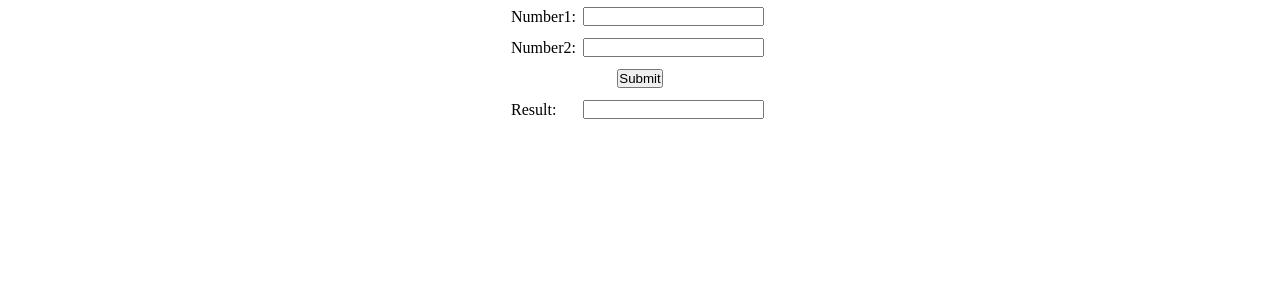
Repository: Nanda-Hari-Reddy/YouTube-Clone
Page: http://localhost/Demo/
These files come from the project's save history. The page is drawn as it stood at one moment and after the next save; the edit follows.
The browser window is 1280 px wide. The pictures show the whole page.
The page is served by Tomcat 9. Nobody is signed in. The application's start-up code is not run. Other server files are loaded and not shown.

Above is the page before, as saved 2023-11-02 06:27:05.

### MDB-Free_4.20.0/SERVELETS/Demo/src/main/webapp/index.jsp
<html>
<meta charset="ISO-8859-1">
<head>
	<style>
		*
		{
			margin: 0px;
			box-sizing: border-box;
			padding: 0px;
		}
		table
		{
			margin-inline:auto;
		}
		input
        {
            margin: 5px;
			padding:1 rem;
        }
        h1
        {
        color: green;
        }
	</style>
<body>
	<form action="add">
		<table>
		<tr>
			<td>Number1:</td>
			<td><input type="text" name="one"></td>
		</tr>
		<tr>
			<td>Number2:</td>
			<td><input type="text" name="two"></td>
		</tr>
		<tr>
			<td colspan="2" style="text-align: center"><input type="submit"></td>
		</tr>
		<tr>
			<td>Result:</td>
			<td><input type="text" name="result"></td>
		</tr>
		</table>
	</form>
</body>
</head>
</html>

After the next save:
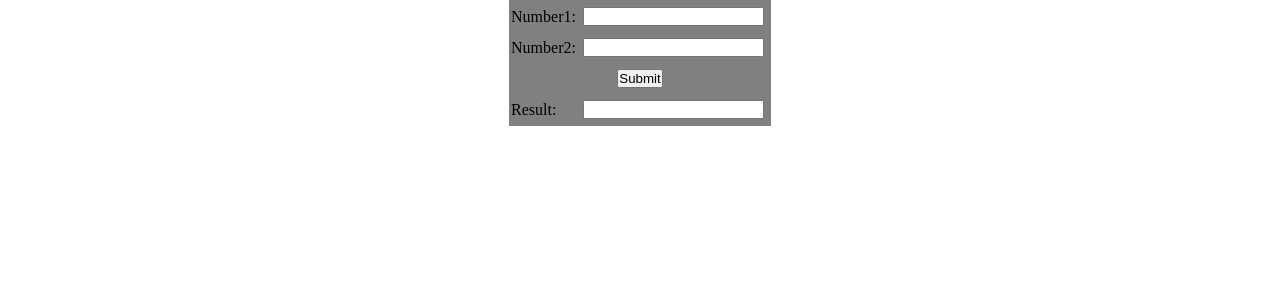
Saved 40 min 35 s later.
--- a/MDB-Free_4.20.0/SERVELETS/Demo/src/main/webapp/index.jsp
+++ b/MDB-Free_4.20.0/SERVELETS/Demo/src/main/webapp/index.jsp
@@ -11,6 +11,7 @@
 		table
 		{
 			margin-inline:auto;
+			background-color:grey
 		}
 		input
         {
